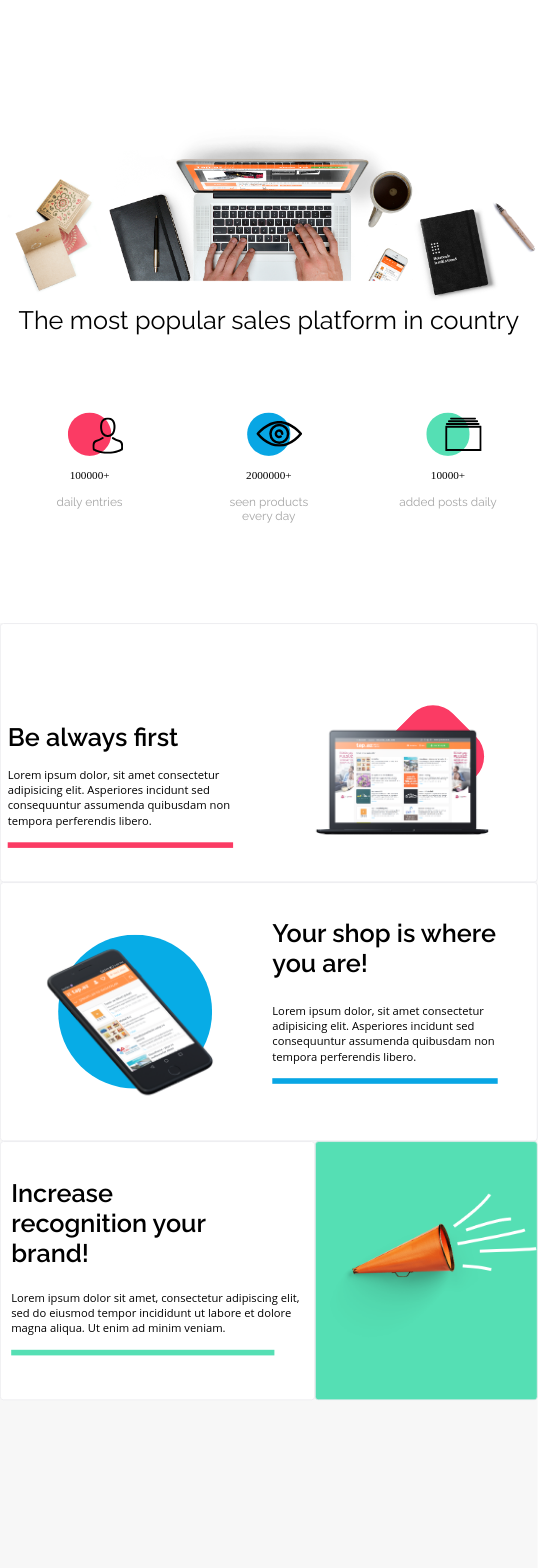
Repository: VolodymyrDubnytskyi/BestShop_project
Page: index.html
The author's editor kept a copy of each file at every save. The page is drawn from the files as they stood at one save, then again after the next save.
The browser window is 768 px wide. The pictures show the part of the page from y = 475 to 2715 px (the page is 4270 px tall), at 70% of full size.
Some web libraries are served in a nearby version.

Above is the page before, as saved 2020-01-17 19:53:47.

After the next save:
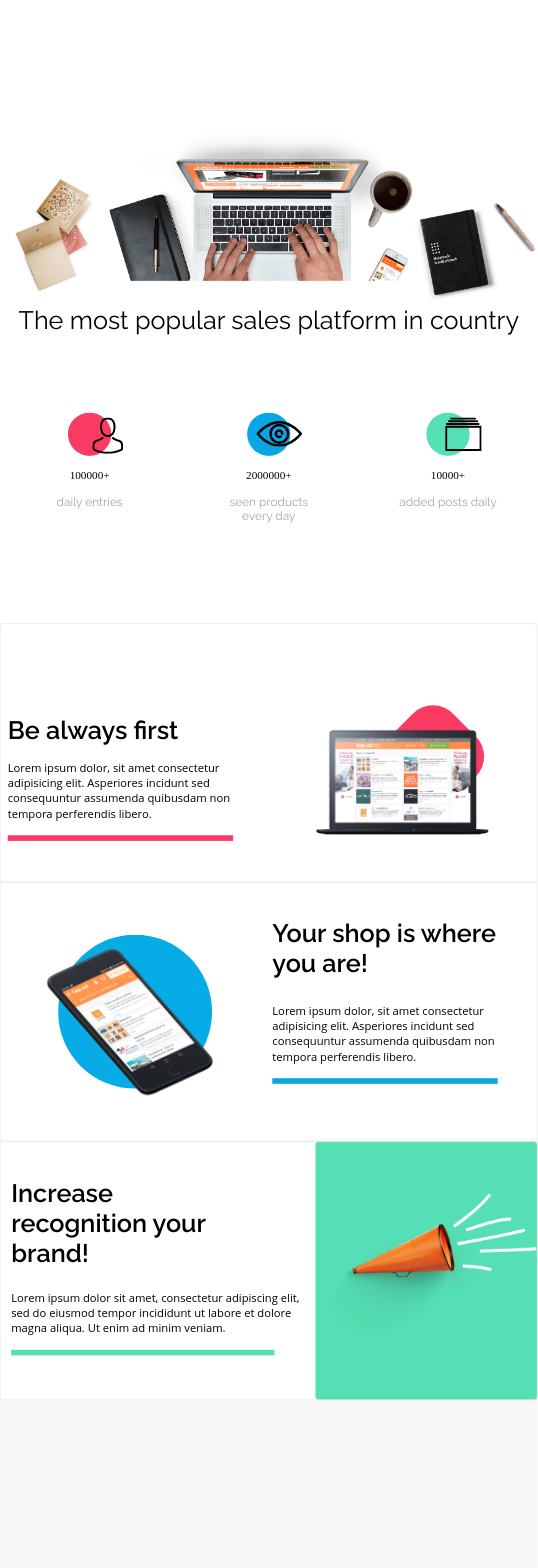
Saved 36 s later.
--- a/css/style.css
+++ b/css/style.css
@@ -859,7 +859,7 @@ background-color: #eb476d1d;
     margin-bottom: 0;
   }
   .main-content-info-box h2{
-    padding: 141px 0 0 10px;
+    padding: 131px 0 0 10px;
   }
   .main-content-info-box p{
     padding: 20px 0 20px 10px;
